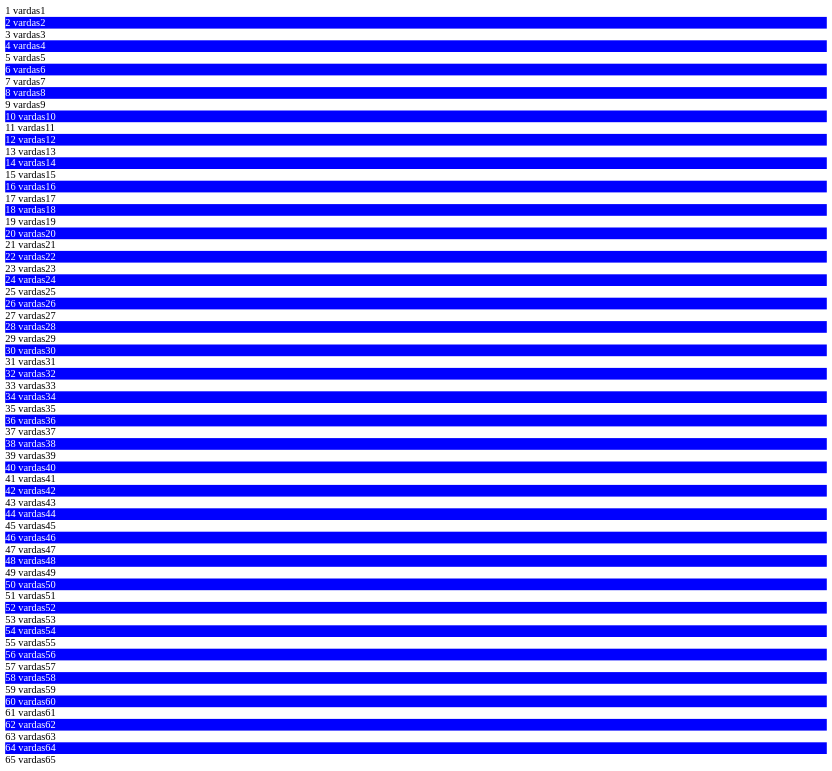
Repository: motiejus1/27-paskaita-05.31
Page: index.html
An editor plug-in stored every save of this project. The page is shown before and after the next save, followed by the edit.
The browser window is 1280 px wide. The pictures show the whole page, at 65% of full size.

Above is the page before, as saved 2021-07-15 19:45:59.

### index.html
<!DOCTYPE html>
<html lang="en">
<head>
    <meta charset="UTF-8">
    <meta http-equiv="X-UA-Compatible" content="IE=edge">
    <meta name="viewport" content="width=device-width, initial-scale=1.0">
    <title>27 paskaita</title>
    <style>
        .melynas {
            background-color: blue;
            color:white;
        }
    </style>
</head>
<body>
    <div class="container">
    </div>
    <script>
        "use strict";
        // Susikurti objektų masyvą:
        // * Masyve 100 objekto elementų.
        // * Objekto vidiniai kintamieji: id, vardas.
        // * Vardas reikšmė = vardas1,vardas2 ir t.t.
        // * Id reikšmė = 1, 2 ir t.t.

        //Pagal sukurtą objektų masyvą, sukurti tiek pat div elementų,
        // kuriuose išvedamas id ir vardas.
        //Kas antras div - mėlynas.



        //kaip tiek objektu sukurti? +
        //kaip juos patalpinti i masyva?


        //Ciklas
        // javascript for loop


        var testObjektas = {
            id: 58,
            vardas: "vardas58"
        }

        // testObjektas.id;
        // testObjektas.vardas;

        var container = document.querySelector(".container");
        var masyvas = []; //sukuriamas tuscias masyvas viena karta


        //Objektu masyvo kurimas
        for (var i=0; i < 100; i++) {
            // Vardas reikšmė = vardas1,vardas2 ir t.t.
            // var masyvas = [];
            var masyvoObjektas = {
                id: i+1,
                vardas: "vardas" + (i+1)
            }; //Sukuria objekta
            masyvas.push(masyvoObjektas); // patalpina objekta i masyva
            // console.log(masyvoObjektas);
        }

        //Elementu isvedimui/atvaizdavimui
        // 55 iki 65 elementu
        // Atvaizduos tik lyginius elementus pagal id reiksme
        for(var i=0; i<65; i++) {
            // masyvas[i] - vienas objektas
            //masyvoObjektas.id
            var div = document.createElement("div"); // void
            //div kintamajame butu id ir vardas
            //kas antras elementas butu melynas

            // var isvedimoElementas = document.querySelector(".kazkas");
            // kintamasis = "<p>Tekstas</p>"
            //isvedimoElementas.innerHTML = kintamasis; - isvedamas rezultatas interpretuojamas kaip HTML.
            // Tekstas
            //isvedimoElementas.innerText = kintamasis;- isvedamas rezultatas interpretuojamas kaip tekstas
            //<p>Tekstas</p>

            div.innerHTML = masyvas[i].id + " " + masyvas[i].vardas;

            if(masyvas[i].id % 2 == 0) {
                console.log(masyvas[i]);
                div.classList.add("melynas");
            }

            container.append(div);
        }


        // console.log(masyvas);

        // console.log(masyvas[54]);
        // console.log(masyvas[0]);
        // console.log(masyvas[99]);

    </script>
</body>
</html>

After the next save:
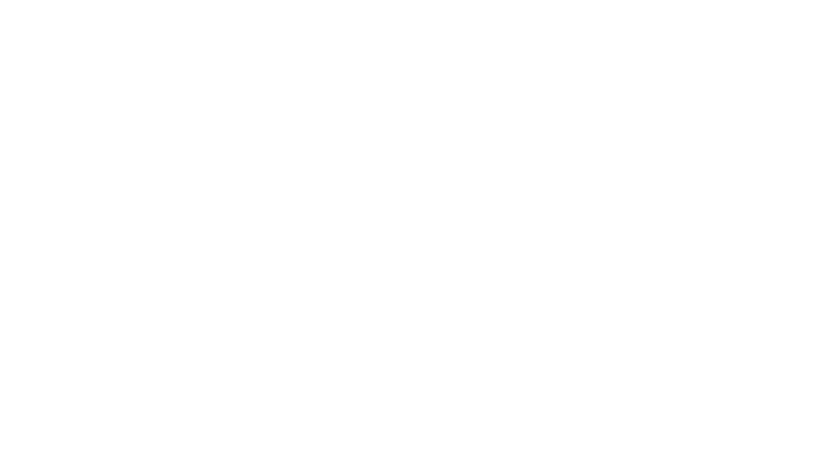
Console error: SyntaxError: Unexpected token ';'
Saved 8 s later.
--- a/index.html
+++ b/index.html
@@ -64,7 +64,7 @@
         //Elementu isvedimui/atvaizdavimui
         // 55 iki 65 elementu
         // Atvaizduos tik lyginius elementus pagal id reiksme
-        for(var i=0; i<65; i++) {
+        for(var i=0; i<; i++) {
             // masyvas[i] - vienas objektas
             //masyvoObjektas.id
             var div = document.createElement("div"); // void

After the 4 saves that followed:
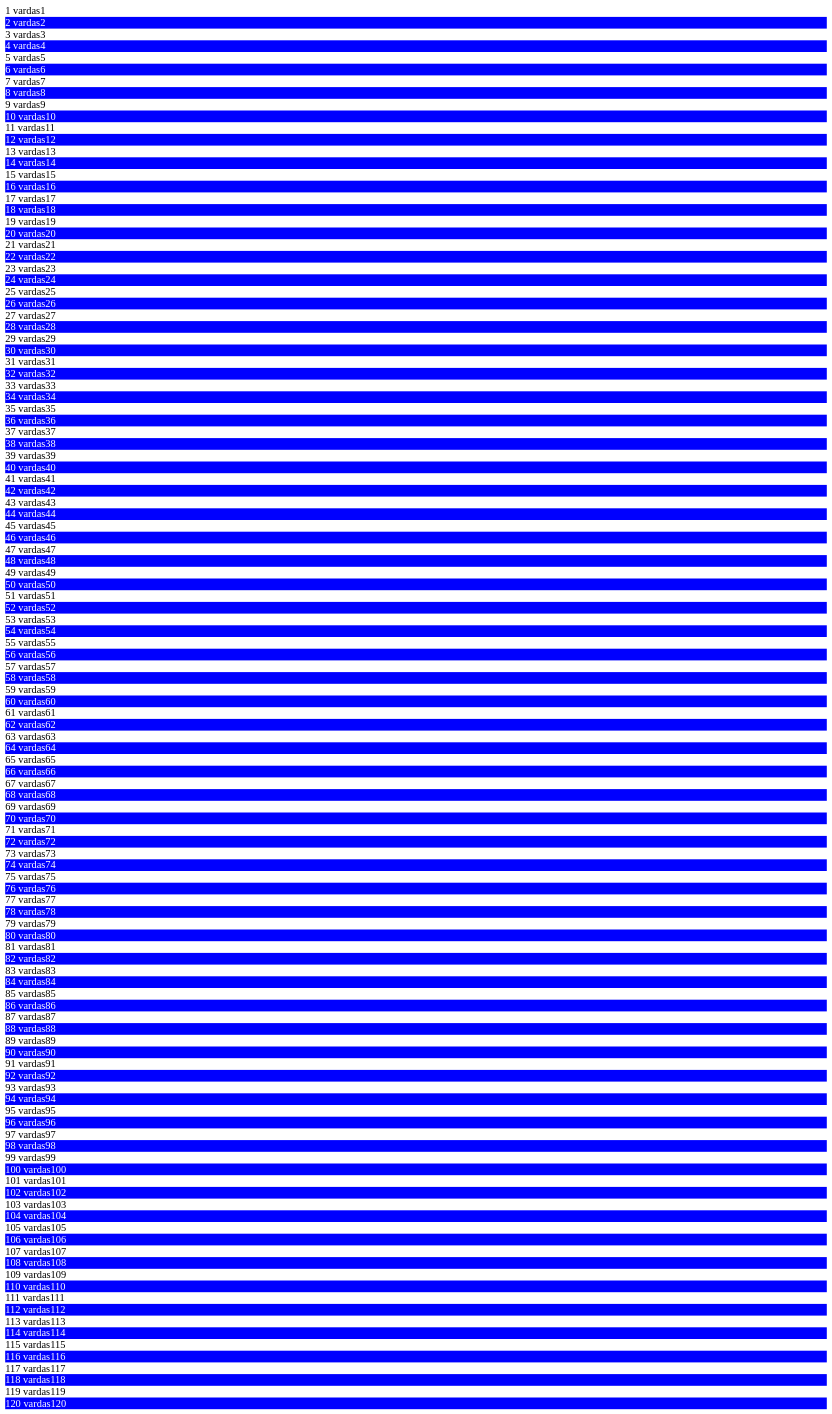
The error is gone.
The 4 saves are shown as one change because 2 left the picture as it was and some came seconds apart.
The last was saved 45 s later.
--- a/index.html
+++ b/index.html
@@ -50,7 +50,7 @@
 
 
         //Objektu masyvo kurimas
-        for (var i=0; i < 100; i++) {
+        for (var i=0; i < 120; i++) {
             // Vardas reikšmė = vardas1,vardas2 ir t.t.
             // var masyvas = [];
             var masyvoObjektas = {
@@ -64,7 +64,9 @@
         //Elementu isvedimui/atvaizdavimui
         // 55 iki 65 elementu
         // Atvaizduos tik lyginius elementus pagal id reiksme
-        for(var i=0; i<; i++) {
+
+        // 100
+        for(var i=0; i<masyvas.length; i++) {
             // masyvas[i] - vienas objektas
             //masyvoObjektas.id
             var div = document.createElement("div"); // void
